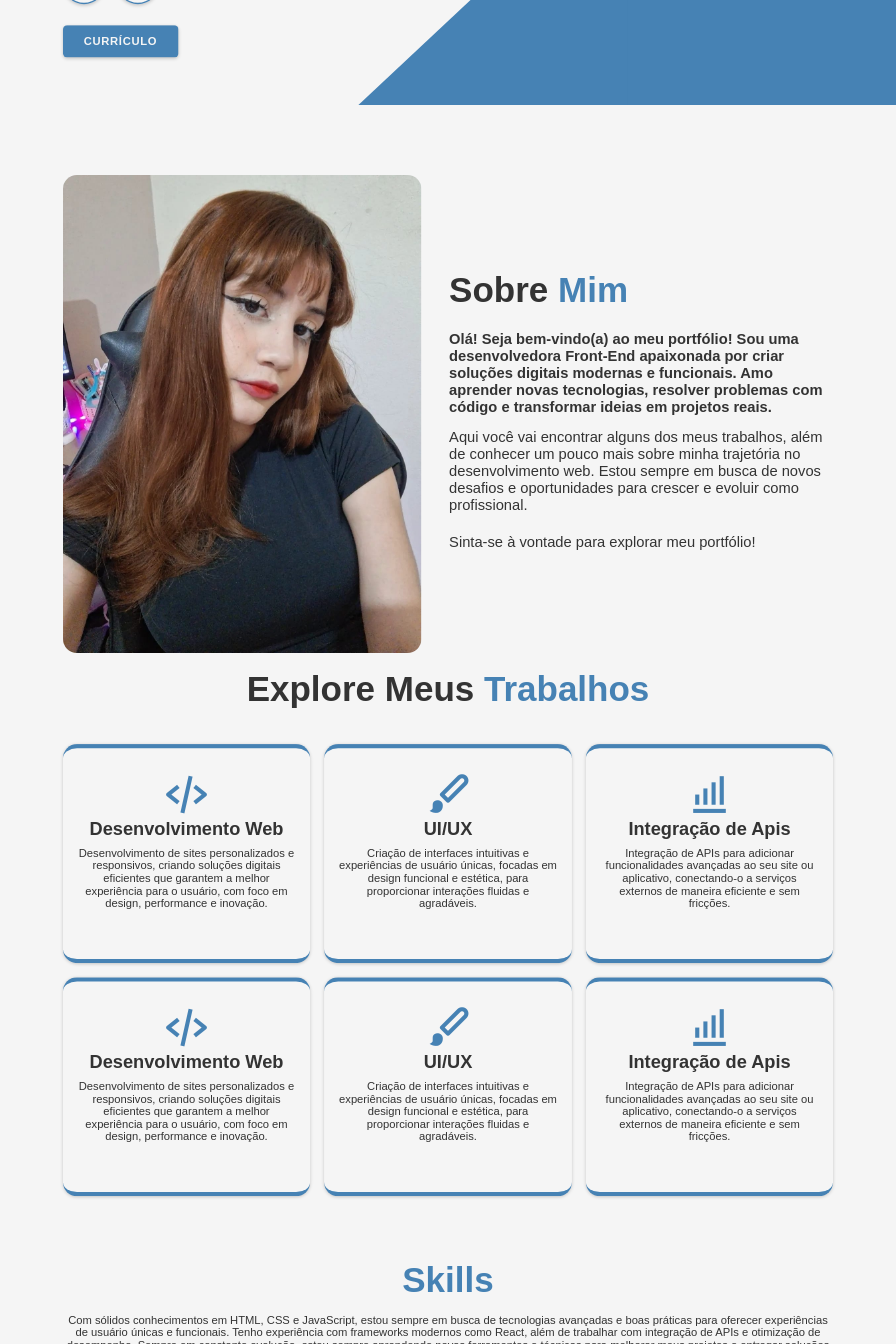
Repository: AliciaKathleen/portfolio-2025
Page: index.html
An editor plug-in stored every save of this project. The page is shown before and after the next save, followed by the edit.
The browser window is 1280 px wide. The pictures show the part of the page from y = 570 to 2490 px (the page is 4200 px tall before and 4116 px after), at 70% of full size.

Above is the page before, as saved 2025-01-27 17:17:30.
Console error: TypeError: Cannot read properties of null (reading 'classList')

After the next save:
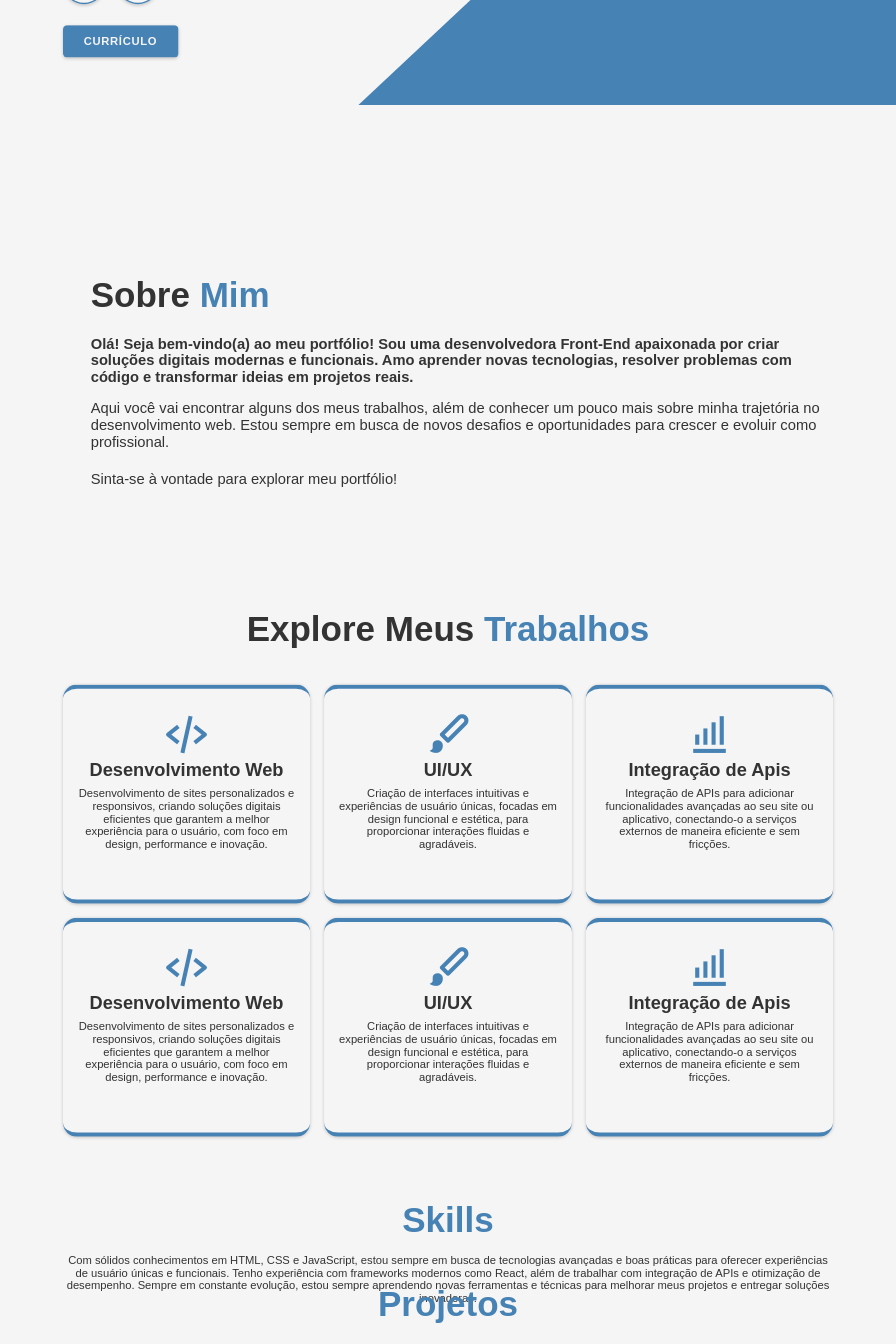
Saved 55 s later.
--- a/index.html
+++ b/index.html
@@ -53,7 +53,7 @@
 
     <section class="about" id="about">
         <div class="about-img">
-            <img src="images/icon.jpeg" alt="">
+            <img src="" alt="">
         </div>
 
         <div class="about-content">
